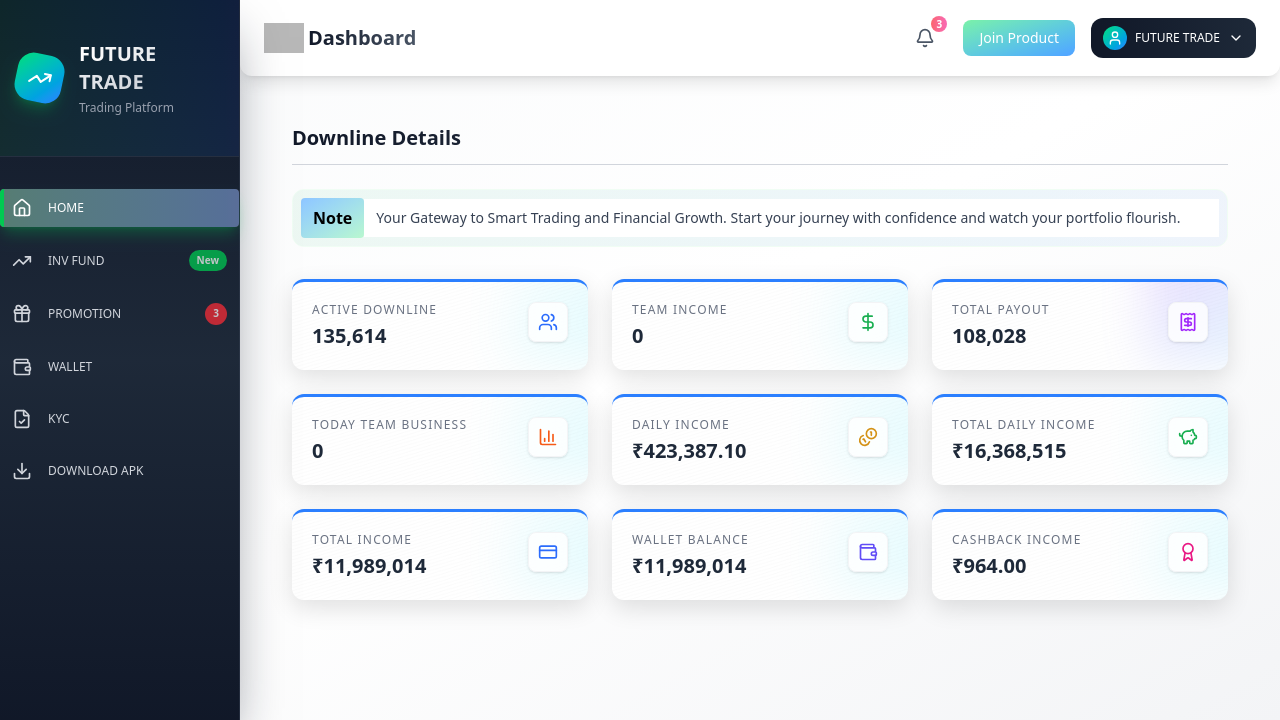
Repository: GauraVPandeyyy/Trade
Page: /
The author's editor kept a copy of each file at every save. The page is drawn from the files as they stood at one save, then again after the next save.
The browser window is 1280 px wide. The pictures show the whole page.
Pictures or frames that could not be fetched are drawn as grey boxes. The project was rebuilt for these pictures with package versions that can differ from the ones it lists, and the page was loaded fresh each time. Some packages were replaced by stand-ins written for this rebuild. Also part of the build but not shown: vite.config.js, src/App.jsx, src/pages/InvFund.jsx, src/pages/Promotion.jsx, src/pages/Wallet.jsx, src/pages/Kyc.jsx, src/pages/DownloadApk.jsx.

Above is the page before, as saved 2025-08-02 16:17:53.

After the next save:
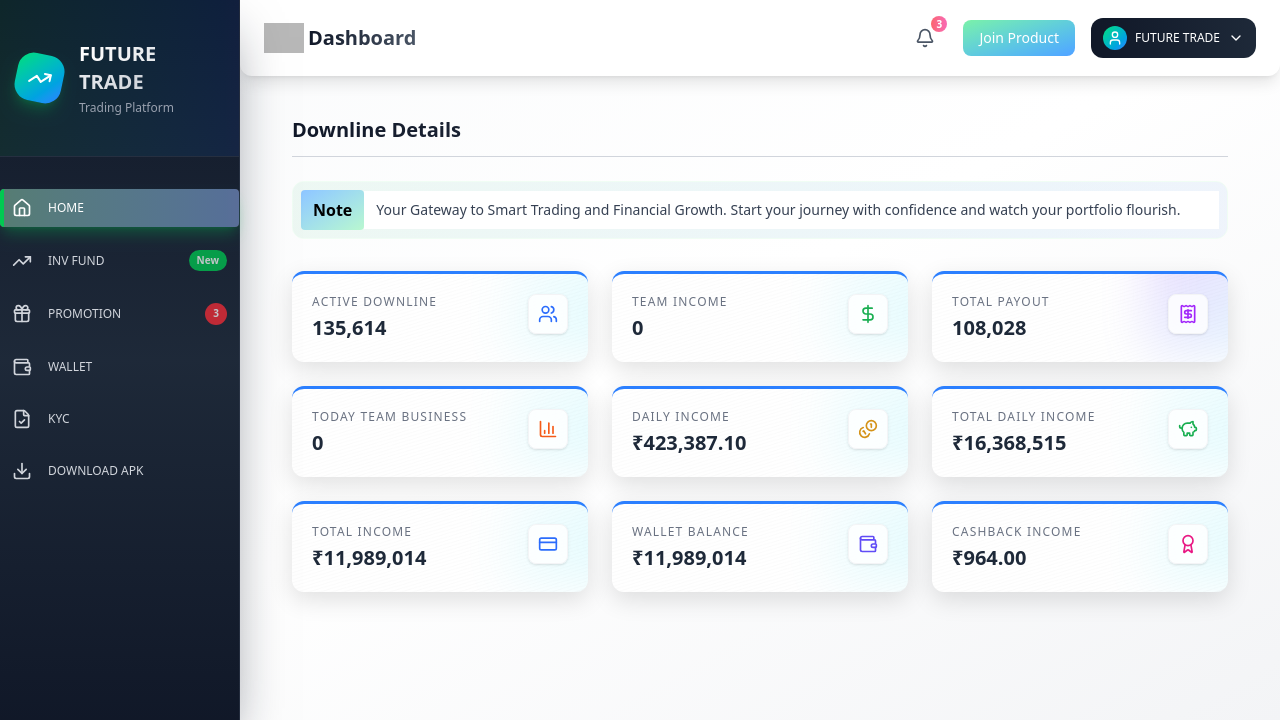
Saved 4 s later.
--- a/src/pages/Homee.jsx
+++ b/src/pages/Homee.jsx
@@ -40,7 +40,7 @@
   }, []);
 
   return (
-    <main className="flex-1 py-6 px-7 space-y-8">
+    <main className="flex-1 py-4 px-7 space-y-8">
       {/* Page Header */}
       <div className={`transform transition-all duration-500 ${statsVisible ? 'translate-y-0 opacity-100' : 'translate-y-4 opacity-0'}`}>
         <div className="mb-6">
